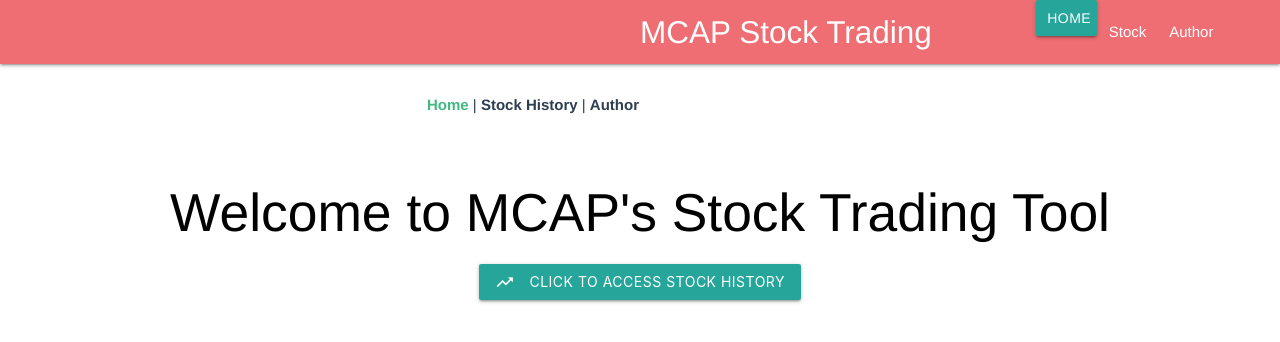
Repository: pandyarudra/stock-symbol-app
Page: /
The author's editor kept a copy of each file at every save. The page is drawn from the files as they stood at one save, then again after the next save.
The browser window is 1280 px wide. The pictures show the whole page.
The project was rebuilt for these pictures with package versions that can differ from the ones it lists, and the page was loaded fresh each time.

Above is the page before, as saved 2020-09-14 22:17:58.

### public/index.html
<!DOCTYPE html>
<html lang="en">
  <head>
    <meta charset="utf-8">
    <meta http-equiv="X-UA-Compatible" content="IE=edge">
    <meta name="viewport" content="width=device-width,initial-scale=1.0">
    <link href="https://fonts.googleapis.com/icon?family=Material+Icons" rel="stylesheet">

    <link rel="icon" href="<%= BASE_URL %>favicon.ico">
    <title><%= htmlWebpackPlugin.options.title %></title>
  </head>
  <body>
    <noscript>
      <strong>We're sorry but <%= htmlWebpackPlugin.options.title %> doesn't work properly without JavaScript enabled. Please enable it to continue.</strong>
    </noscript>
    <div id="app"></div>
    <!-- built files will be auto injected -->
  </body>
</html>

### src/main.js
import Vue from 'vue';
import App from './App.vue';
import router from './router';
import 'materialize-css';
import 'materialize-css/dist/css/materialize.min.css';

Vue.config.productionTip = false;

new Vue({
  router,
  render: h => h(App)
}).$mount('#app');

### src/App.vue
<template>
  <div id="app">
    <TopNav />
    <div id="nav">
      <router-link to="/">Home</router-link> |
      <router-link to="/stockHistory">Stock History</router-link> |
      <router-link to="/about">Author</router-link>
    </div>
    <router-view/>
  </div>
</template>


<script>
import M from 'materialize-css';
import TopNav from '@/components/TopNav.vue'

export default {
  mounted() {
    M.AutoInit();
  },
  components: {
    TopNav
  }
}
</script>

<style lang="scss">

  // $primary-color: color("materialize-red", "lighten-2") !default;
  // $primary-color-light: false !default;
  // $primary-color-dark: false !default;
  // @if not $primary-color-light {
  //   $primary-color-light: lighten($primary-color, 15%);
  // }
  // @if not $primary-color-dark {
  //   $primary-color-dark: darken($primary-color, 15%);
  // }
  // $secondary-color: color("teal", "lighten-1") !default;
  // $success-color: color("green", "base") !default;
  // $error-color: color("red", "base") !default;
  // $link-color: color("light-blue", "darken-1") !default;

#app {

  font-family: Avenir, Helvetica, Arial, sans-serif;
  -webkit-font-smoothing: antialiased;
  -moz-osx-font-smoothing: grayscale;
  text-align: center;
  color: #2c3e50;
}

#nav {
  padding: 30px;

  a {
    font-weight: bold;
    color: #2c3e50;

    &.router-link-exact-active {
      color: #42b983;
    }
  }
}
</style>

### src/router/index.js
import Vue from 'vue'
import VueRouter from 'vue-router'

Vue.use(VueRouter)

const routes = [
  {
    path: '/',
    name: 'WelcomePage',
    component: () => import(/* webpackChunkName: "about" */ '../views/WelcomePage.vue')
  },
  {
    path: '/about',
    name: 'About',
    // route level code-splitting
    // this generates a separate chunk (about.[hash].js) for this route
    // which is lazy-loaded when the route is visited.
    component: () => import(/* webpackChunkName: "about" */ '../views/About.vue')
  }
]

const router = new VueRouter({
  routes
})

export default router

### src/components/TopNav.vue
<template>
     <nav>
    <div class="nav-wrapper center">
      <a href="#" class="brand-logo ">MCAP Stock Trading</a>
      <ul id="nav-mobile" class="right hide-on-med-and-down row">
        <router-link class="col s3 btn" to="/" tag="li">Home</router-link>
        <router-link class="col s3" to="/stockHistory" tag="li">Stock History</router-link>
        <router-link class="col s3" to="/author" tag="li">Author</router-link>
        <!-- <router-link to="/foo" tag="li">Rudra</router-link> -->

      </ul>
    </div>
  </nav>
</template>

### src/views/WelcomePage.vue
<template>
<div class="row">
    <h2 class="left col s12">Welcome to MCAP's Stock Trading Tool
    </h2>
    <button class="btn waves-effect waves-light"><i class="material-icons left">trending_up</i>Click to Access Stock History</button>
</div>
</template>


<script>
export default {
  name: 'WelcomePage',
  props: {
    msg: String
  }
}
</script>

<!-- Add "scoped" attribute to limit CSS to this component only -->
<style scoped lang="scss">
  div {
      color: black;
      text-align: center;
  }
</style>

After the next save:
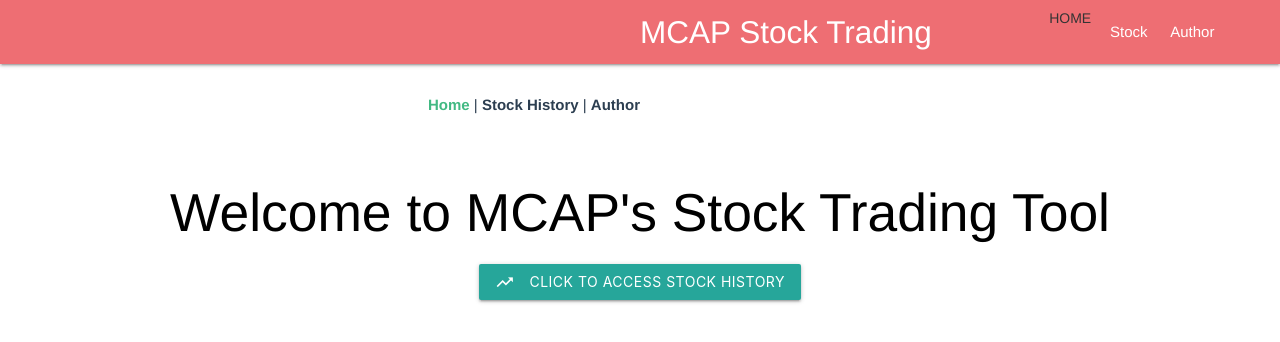
Saved 28 s later.
--- a/src/components/TopNav.vue
+++ b/src/components/TopNav.vue
@@ -3,7 +3,7 @@
     <div class="nav-wrapper center">
       <a href="#" class="brand-logo ">MCAP Stock Trading</a>
       <ul id="nav-mobile" class="right hide-on-med-and-down row">
-        <router-link class="col s3 btn" to="/" tag="li">Home</router-link>
+        <router-link class="col s3 btn-flat" to="/" tag="li">Home</router-link>
         <router-link class="col s3" to="/stockHistory" tag="li">Stock History</router-link>
         <router-link class="col s3" to="/author" tag="li">Author</router-link>
         <!-- <router-link to="/foo" tag="li">Rudra</router-link> -->
